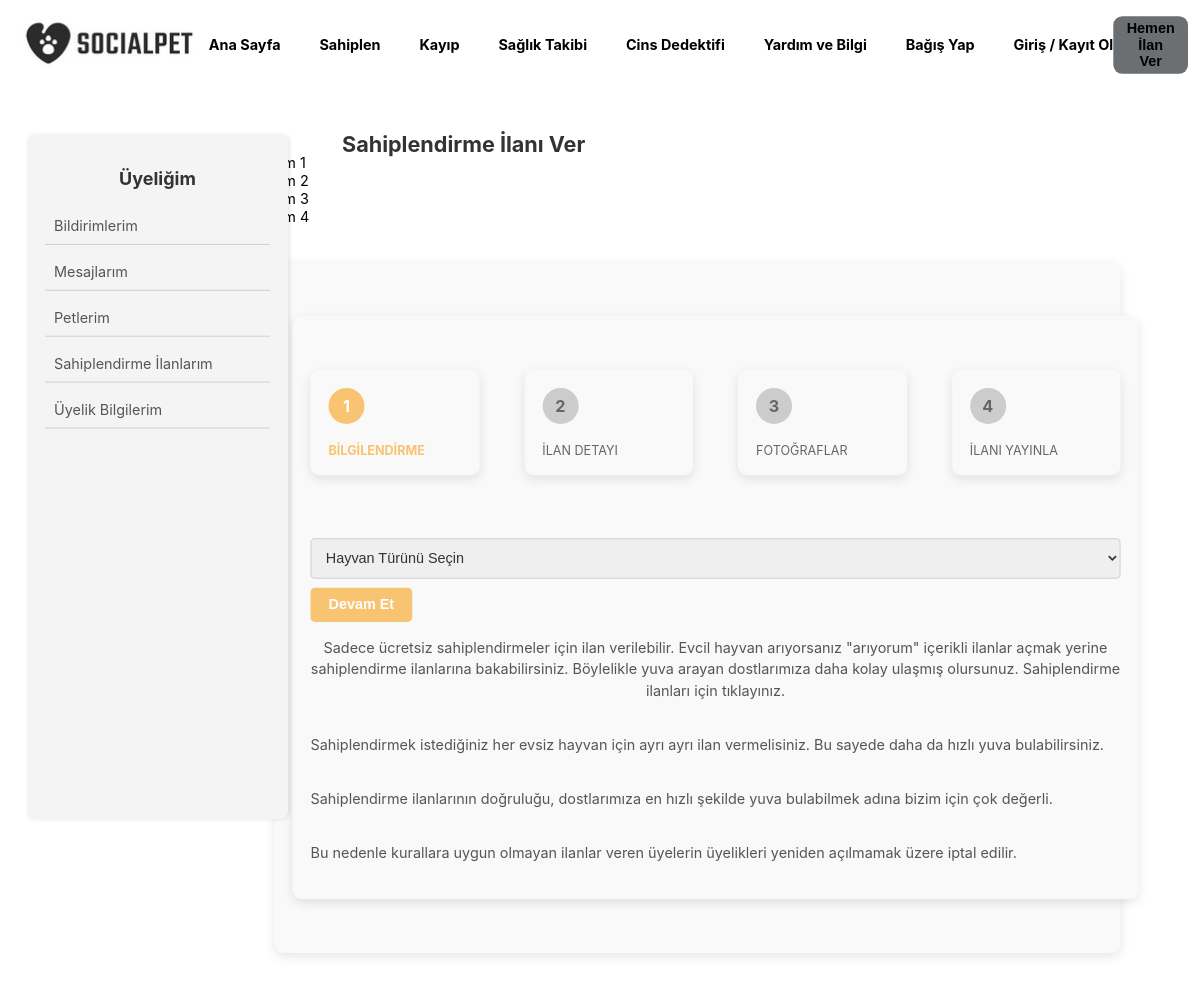
Repository: utkucaa/socialpet-frontend
Page: /create-ad (app in petweb/petweb/)
An editor plug-in stored every save of this project. The page is shown before and after the next save, followed by the edit.
The browser window is 1280 px wide. The page is 1320 px wide, so the pictures cover 1320 px, including what lies to the right of the window. The pictures show the whole page, at 90% of full size.
The project was rebuilt for these pictures with package versions that can differ from the ones it lists, and the page was loaded fresh each time. Also part of the build but not shown: petweb/petweb/src/Components/Login/Login.jsx, petweb/petweb/src/Components/Intro/Intro.css, petweb/petweb/src/Components/Intro/Intro.jsx, petweb/petweb/src/Components/Register/Register.jsx, petweb/petweb/src/Components/Profile/ProfilePage.css, petweb/petweb/src/Components/Profile/ProfilePage.jsx, petweb/petweb/src/Components/Adoption/Header.css, petweb/petweb/src/Components/Adoption/Header.jsx and 28 more. Imported but missing from the stored project, and not drawn on this page: petweb/petweb/src/Components/AdoptionSteps.

Above is the page before, as saved 2025-01-10 00:49:15.

After the next save:
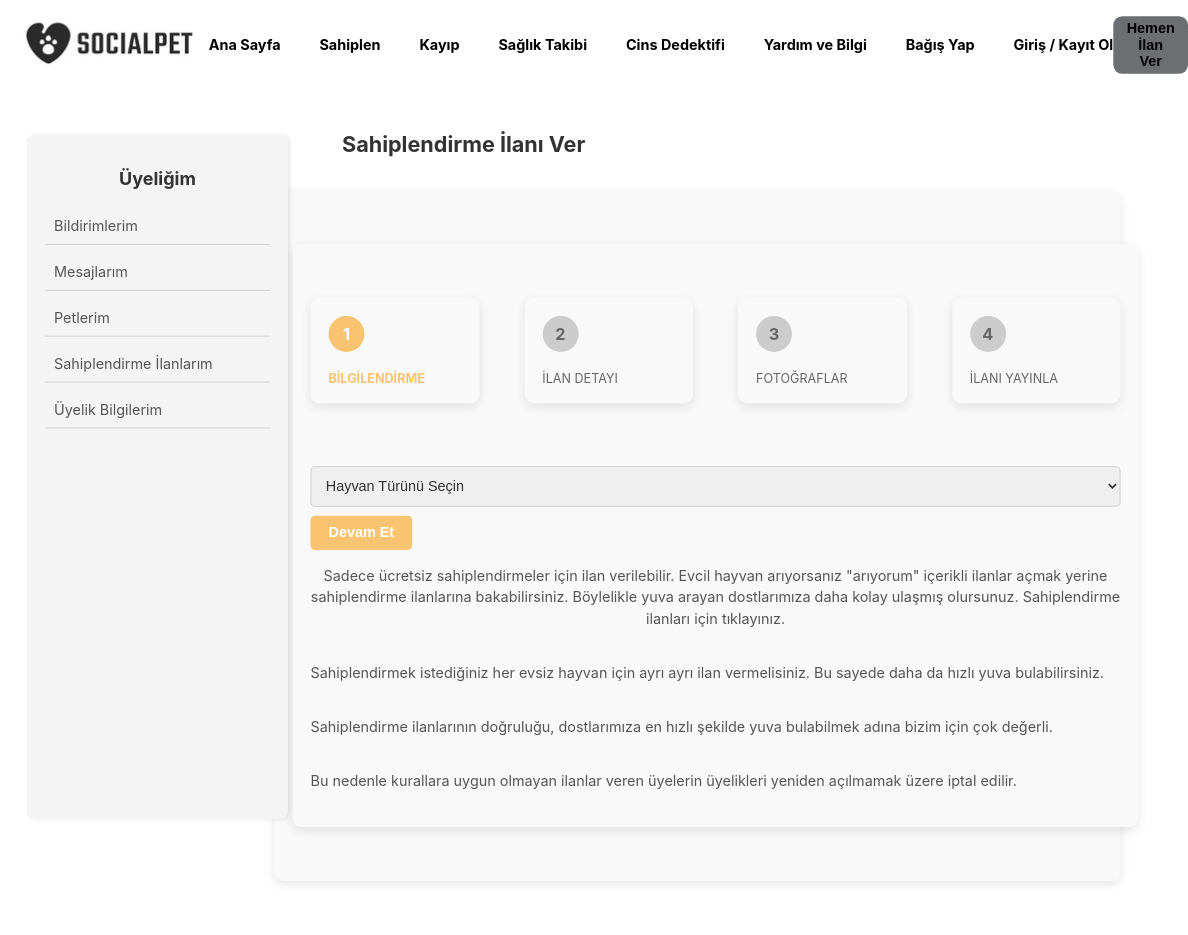
Saved 2 min 27 s later.
--- a/petweb/petweb/src/Components/Adoption/CreatedPage.jsx
+++ b/petweb/petweb/src/Components/Adoption/CreatedPage.jsx
@@ -25,19 +25,6 @@
         <div className="step-content">
             <h1 className="create-ad-title">Sahiplendirme İlanı Ver</h1>
 
-            {/* Adım başlıklarını göster */}
-            <div className="step-titles">
-                {[1, 2, 3, 4].map((step) => (
-                    <div
-                        key={step}
-                        className={`step-title ${currentStep === step ? 'active' : ''}`}
-                        onClick={() => handleStepClick(step)}
-                    >
-                        Adım {step}
-                    </div>
-                ))}
-            </div>
-
             {/* Step içeriği */}
             <div className="step">
                 {currentStep === 1 && <Step1 onNext={handleNext} />}
